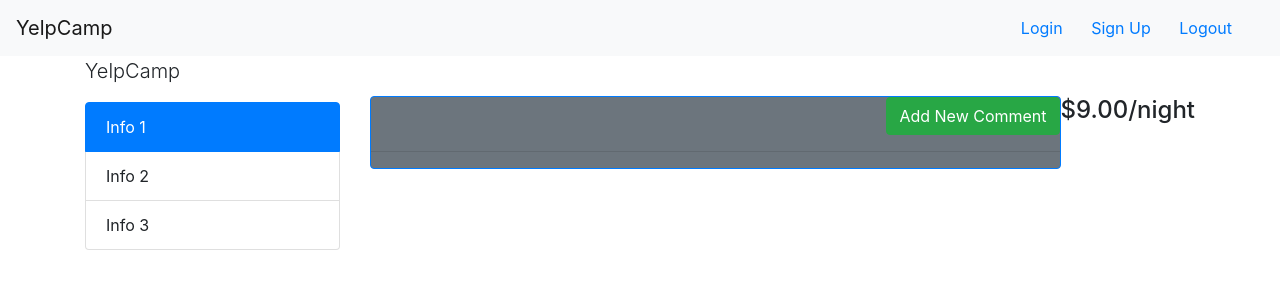
Repository: manojsatya/YelpCamp
Page: views/campgrounds/show.ejs
These files come from the project's save history. The page is drawn as it stood at one moment and after the next save; the edit follows.
The browser window is 1280 px wide. The pictures show the whole page.
The page is served by the project's Node server (app.js). The template is opened directly, without the code that normally fills it, so the values that code supplies are empty.

Above is the page before, as saved 2019-06-20 19:47:57.
Console error: TypeError: Cannot read properties of undefined (reading 'fn')

After the next save:
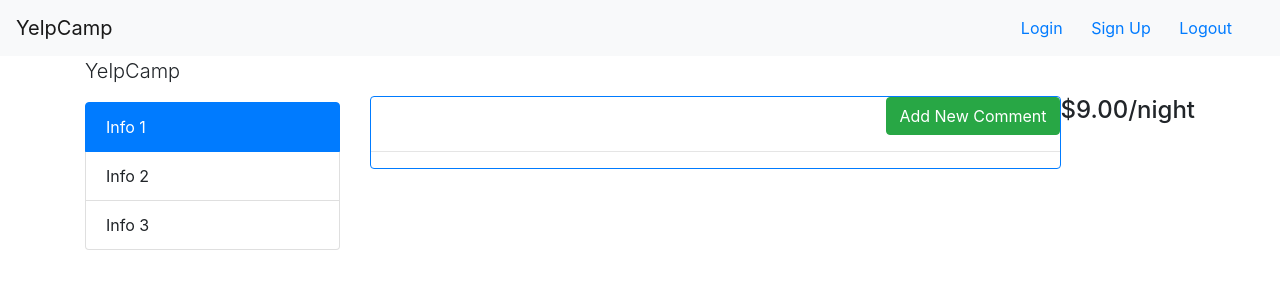
Saved 22 s later.
--- a/views/campgrounds/show.ejs
+++ b/views/campgrounds/show.ejs
@@ -19,7 +19,7 @@
                     <p> <%= campground.description%> </p>
                 </div>
             </div>
-            <div class="card bg-secondary text-white border-primary mb-3">
+            <div class="card text-white border-primary mb-3">
                 <div class="text-right">
                         <a class = "btn btn-success" href="/campgrounds/<%= campground._id %>/comments/new">Add New Comment</a>
                 </div>
